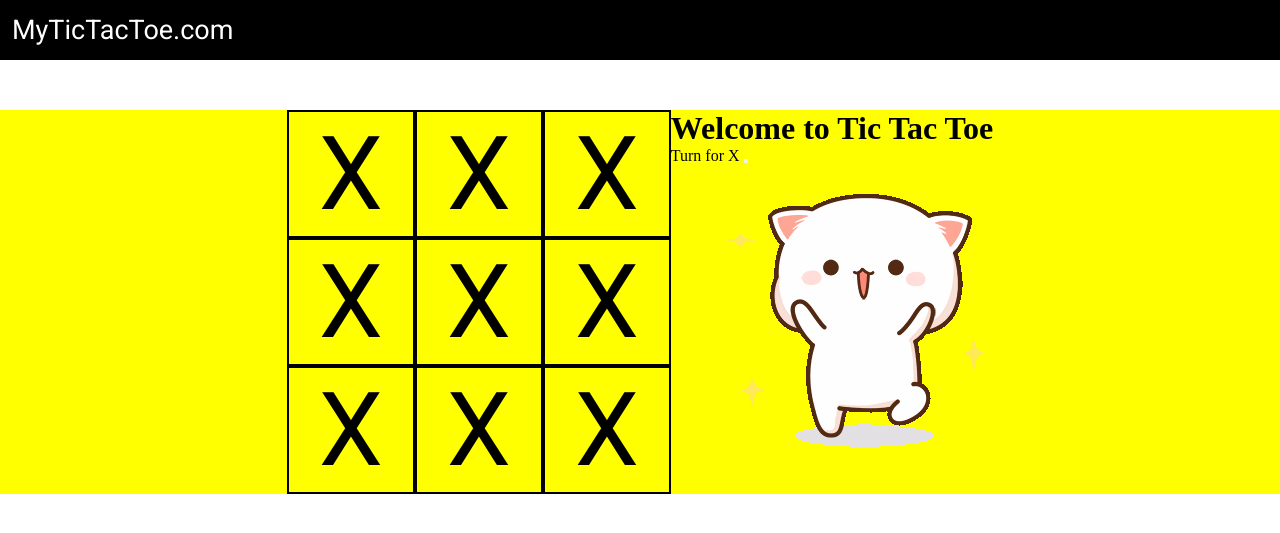
Repository: AshwinUgale/TicTacToe
Page: index.html
The author's editor kept a copy of each file at every save. The page is drawn from the files as they stood at one save, then again after the next save.
The browser window is 1280 px wide. The pictures show the whole page.

Above is the page before, as saved 2024-12-19 09:55:45.

After the next save:
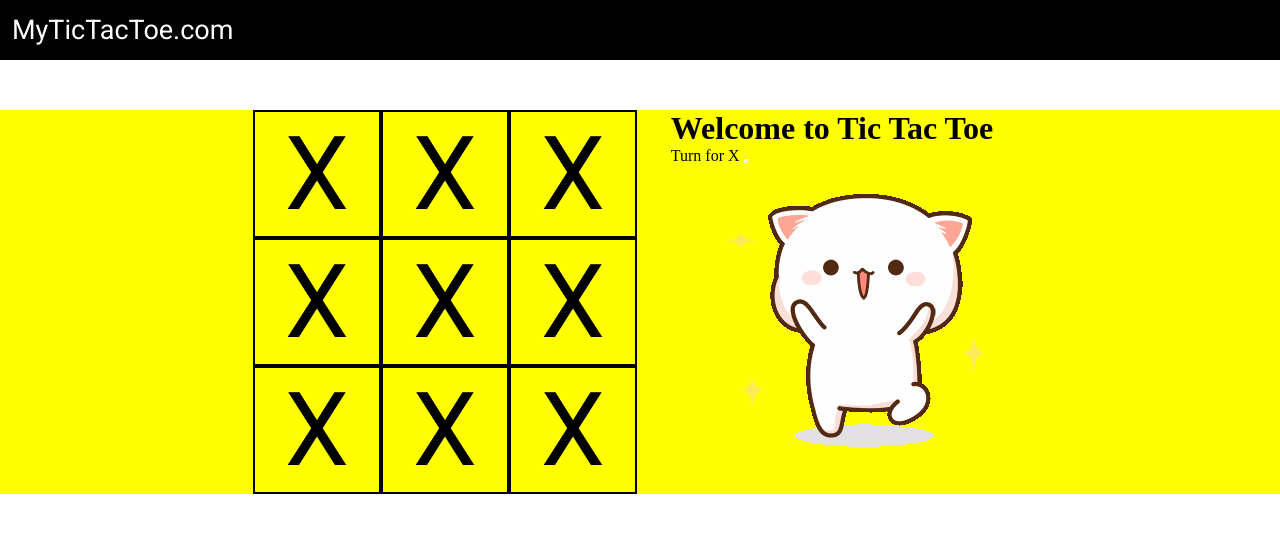
Saved 29 s later.
--- a/style.css
+++ b/style.css
@@ -46,3 +46,7 @@ nav ul{
 .box:hover{
     background-color: rgb(156, 121, 189);
 }
+
+.gameInfo{
+    padding: 0 34px;
+}
